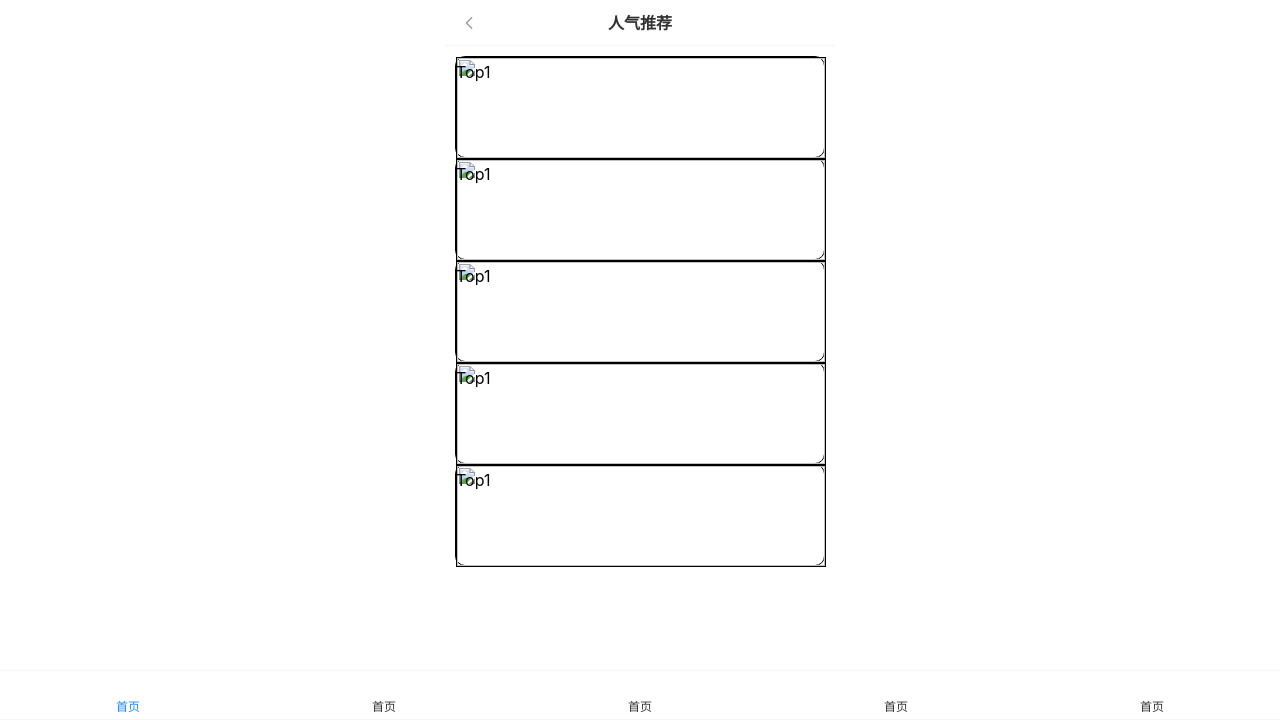
Repository: LXRL/eshop
Page: /#/homePopularity
An editor plug-in stored every save of this project. The page is shown before and after a run of saves, followed by the edit.
The browser window is 1280 px wide. The pictures show the whole page.
The project was rebuilt for these pictures with package versions that can differ from the ones it lists, and the page was loaded fresh each time. Also part of the build but not shown: vue.config.js, src/components/homeGridDetails.vue.

Above is the page before, as saved 2024-12-11 22:35:18.

After the next 2 saves:
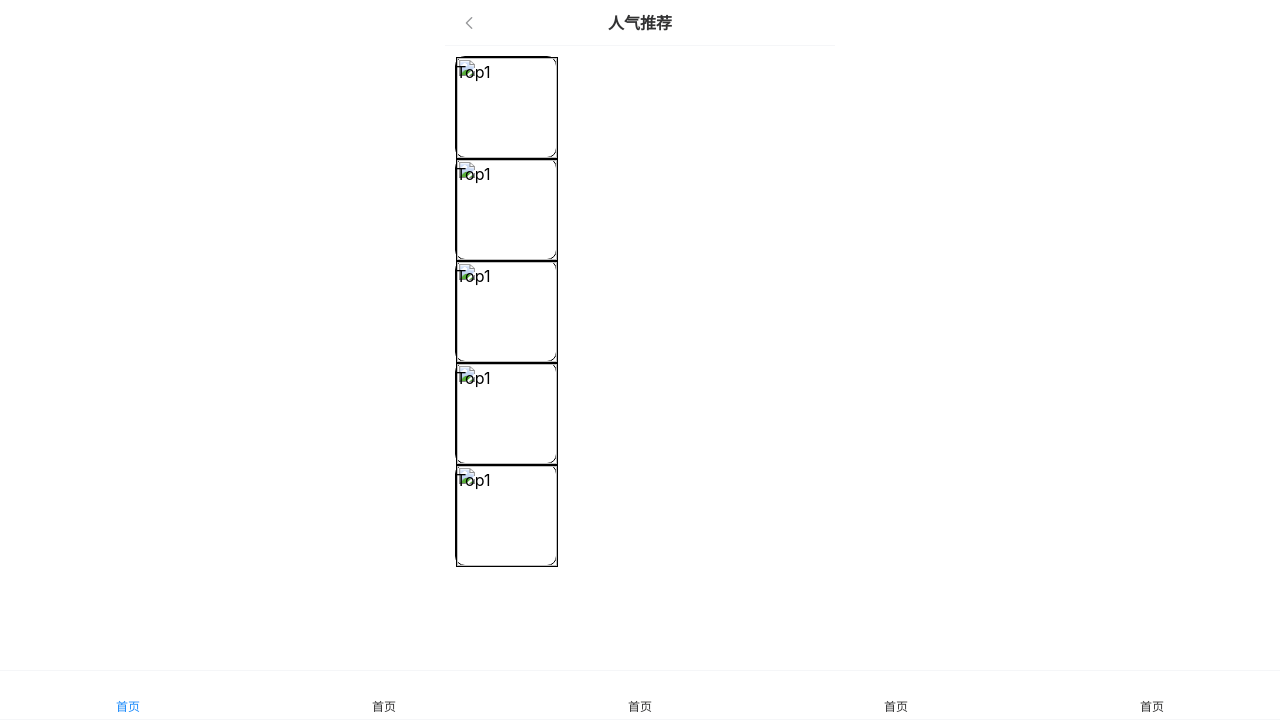
The 2 saves are shown as one change because they came seconds apart.
The last was saved 23 s later.
--- a/src/views/home/homePopularity.vue
+++ b/src/views/home/homePopularity.vue
@@ -31,7 +31,7 @@ import { ref } from 'vue'
         display: flex;
 
         .left {
-            width: 400px;
+            width: 100px;
             height: 100px;
             border: 1px solid black;
             border-radius: 10px;
